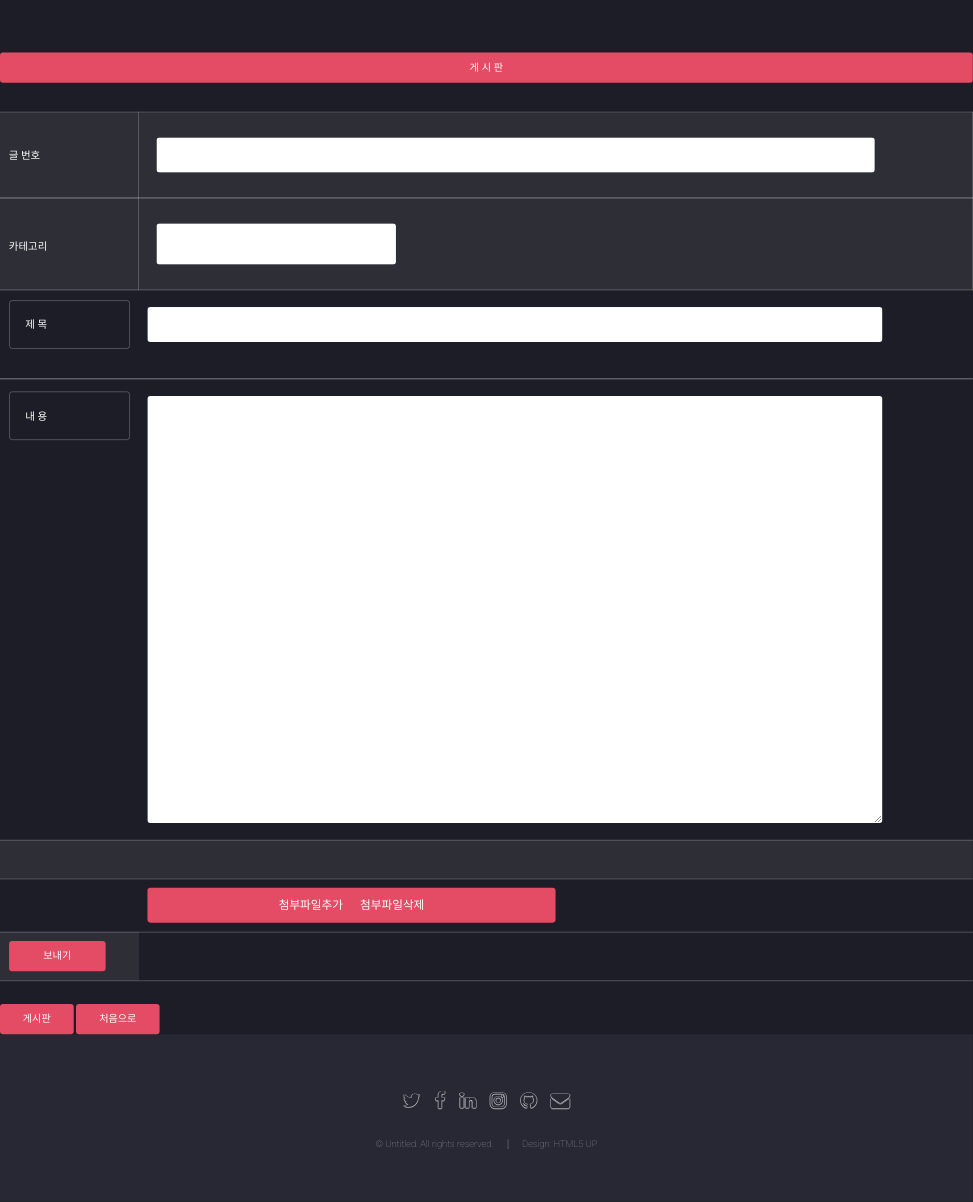
Repository: worMholEamkim/SpringEX
Page: http://localhost/bbs/bbsupdate.do
The author's editor kept a copy of each file at every save. The page is drawn from the files as they stood at one save, then again after the next save.
The browser window is 1280 px wide. The pictures show the whole page, at 76% of full size.
The page is served by Tomcat 9. Queries for data that is not in the repository find no rows.

Above is the page before, as saved 2019-03-18 05:22:13.

After the next save:
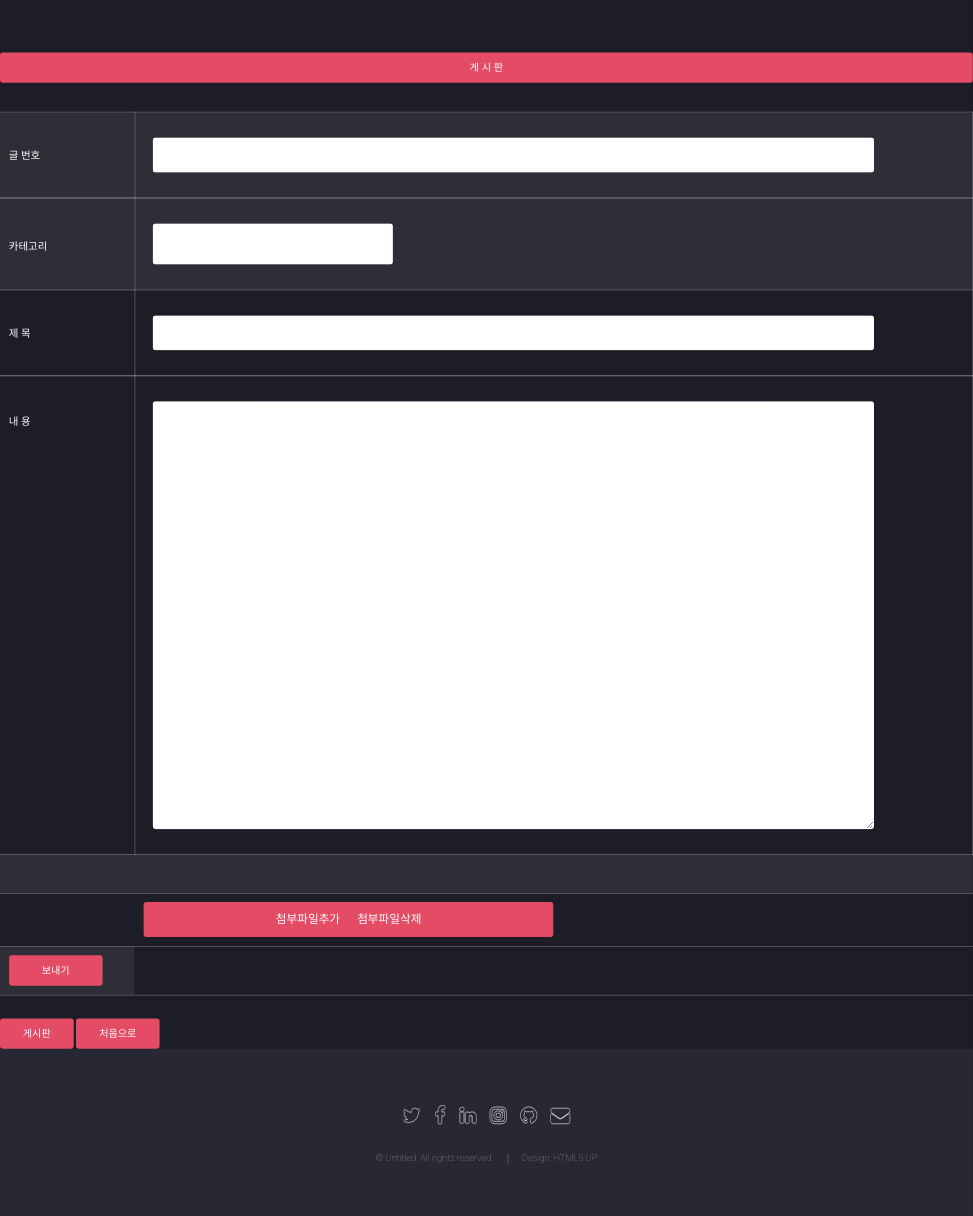
Saved 13 s later.
--- a/JSP_WepPage_Server-master.zip_expanded/JSP_WepPage_Server-master/bbs/WebContent/WEB-INF/bbsupdate.jsp
+++ b/JSP_WepPage_Server-master.zip_expanded/JSP_WepPage_Server-master/bbs/WebContent/WEB-INF/bbsupdate.jsp
@@ -114,15 +114,15 @@
 
 					</tr>
 					<tr>
-						<td><h5 class="box">제 목</h5></td>
-						<td colspan="4"><input name="title" type="text" value="${bbsUpdate.bbsTitle}"
+						<td><h5>제 목</h5></td>
+						<td colspan="4"  class="box"><input name="title" type="text" value="${bbsUpdate.bbsTitle}"
 							style="width: 90%; padding: 12px 20px; margin: 10px 0px; background-color: white; box-sizing: border-box; border-radius: 4px;
 	    border: solid 1px rgba(255, 255, 255, 0.3);">
 						</td>
 					<tr>
 					<tr>
-						<td><h5 class="box">내 용</h5></td>
-						<td colspan="4"><textarea name="content" rows="20" cols="80"
+						<td><h5>내 용</h5></td>
+						<td colspan="4" class="box"><textarea name="content" rows="20" cols="80"
 								style="width: 90%; padding: 12px 20px; margin: 10px 0px; background-color: white; box-sizing: border-box; border-radius: 4px;
 	    border: solid 1px rgba(255, 255, 255, 0.3);;">
 								${bbsUpdate.bbsContent}</textarea>
